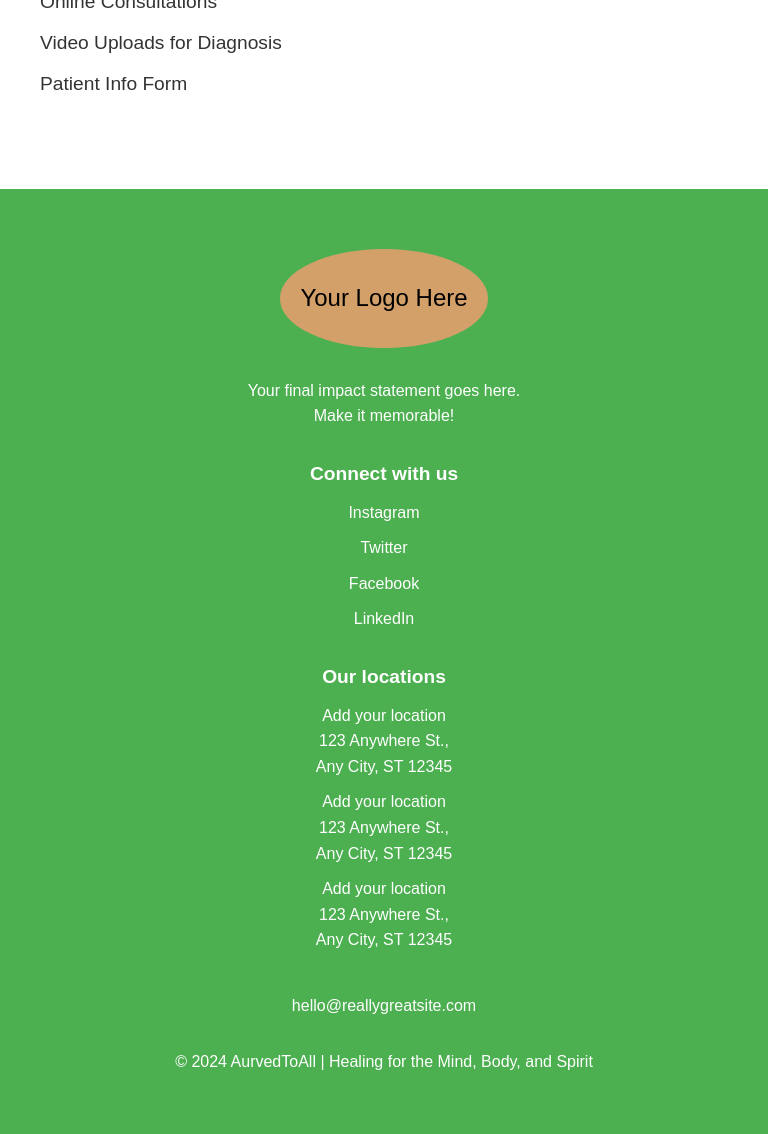
Repository: user07om/AyurvedClinicApp
Page: http://localhost/
An editor plug-in stored every save of this project. The page is shown before and after the next save, followed by the edit.
The browser window is 768 px wide. The pictures show the part of the page from y = 1144 to 2684 px (the page is 2278 px tall before and 2684 px after).
The page is served by the project's application, run on Flask 3 (app.py).

Above is the page before, as saved 2024-10-05 17:37:49.

### AurvedWeb/templates/index.html
<!DOCTYPE html>
<html lang="en">
<head>
    <meta charset="UTF-8">
    <meta name="viewport" content="width=device-width, initial-scale=1.0">
    <title>AurvedToAll</title>
    <link rel="stylesheet" href="{{ url_for('static', filename='styles.css') }}">
</head>
<body>
    <!-- Header Section -->
    <header>
        <div class="container">
            <h1>AurvedToAll</h1>
            <nav>
                <ul>
                    <li><a href="/">Home</a></li>
                    <li><a href="/upload">Upload Videos</a></li>
                    <li><a href="/consultation">Consultation</a></li>
                    <li><a href="/patient_info">Patient Info</a></li>
                </ul>
            </nav>
        </div>
    </header>

    <!-- Hero Section -->
    <section class="hero">
        <video autoplay muted loop>
            <source src="{{ url_for('static', filename='sample_video.mp4') }}" type="video/mp4">
            Your browser does not support the video tag.
        </video>
        <div class="hero-content">
            <h2>Experience the Healing Power of Ayurveda</h2>
            <p>Holistic care for your mind, body, and spirit.</p>
        </div>
    </section>

    <!-- Main Content -->
    <main>
        <section class="intro">
            <div class="container">
                <h2>Welcome to AurvedToAll</h2>
                <p>At our clinic, we are dedicated to restoring harmony and balance to your mind, body, and spirit through the time-honored practices of Ayurveda. Discover the transformative power of Ayurveda with us.</p>
            </div>
        </section>

        <section class="features">
            <div class="container">
                <h2>Our Key Services</h2>
                <ul>
                    <li>Personalized Ayurvedic Consultations</li>
                    <li>Online Consultations</li>
                    <li>Video Uploads for Diagnosis</li>
                    <li>Patient Info Form</li>
                </ul>
            </div>
        </section>
    </main>

    <!-- Footer Section -->
    <footer>
        <div class="container">
            <div class="footer-content">
                <div class="footer-column">
                    <div class="logo-placeholder">
                        <p>Your Logo Here</p>
                    </div>
                </div>
                <div class="footer-column">
                    <p>Your final impact statement goes here.<br>Make it memorable!</p>
                </div>
                <div class="footer-column">
                    <h3>Connect with us</h3>
                    <ul class="social-links">
                        <li><a href="#">Instagram</a></li>
                        <li><a href="#">Twitter</a></li>
                        <li><a href="#">Facebook</a></li>
                        <li><a href="#">LinkedIn</a></li>
                    </ul>
                </div>
                <div class="footer-column">
                    <h3>Our locations</h3>
                    <p>Add your location<br>123 Anywhere St.,<br>Any City, ST 12345</p>
                    <p>Add your location<br>123 Anywhere St.,<br>Any City, ST 12345</p>
                    <p>Add your location<br>123 Anywhere St.,<br>Any City, ST 12345</p>
                </div>
                <div class="footer-column">
                    <p>hello@reallygreatsite.com</p>
                </div>
            </div>
            <p>&copy; 2024 AurvedToAll | Healing for the Mind, Body, and Spirit</p>
        </div>
    </footer>
</body>
</html>

### AurvedWeb/app.py
from flask import Flask, render_template, request, redirect, url_for, flash
import os

app = Flask(__name__)
app.secret_key = 'your_secret_key'  # Change this to a random secret key
app.config['UPLOAD_FOLDER'] = 'uploads'
app.config['MAX_CONTENT_LENGTH'] = 16 * 1024 * 1024  # Limit upload size to 16 MB

# Define allowed extensions for video and file uploads
ALLOWED_EXTENSIONS = {'mp4'}

def allowed_file(filename):
    return '.' in filename and filename.rsplit('.', 1)[1].lower() in ALLOWED_EXTENSIONS

@app.route('/')
def home():
    return render_template('index.html')

@app.route('/upload', methods=['GET', 'POST'])
def upload():
    if request.method == 'POST':
        if 'files[]' not in request.files:
            flash('No file part')
            return redirect(request.url)

        files = request.files.getlist('files[]')
        for file in files:
            if file and allowed_file(file.filename):
                filename = secure_filename(file.filename)
                file.save(os.path.join(app.config['UPLOAD_FOLDER'], filename))

        flash('Videos uploaded successfully!')
        return redirect(url_for('upload'))

    return render_template('upload.html')

@app.route('/consultation', methods=['GET', 'POST'])
def consultation():
    if request.method == 'POST':
        # Here, you would typically save the consultation request to a database
        flash('Consultation booked successfully!')
        return redirect(url_for('consultation'))

    return render_template('consultation.html')

@app.route('/patient_info', methods=['GET', 'POST'])
def patient_info():
    if request.method == 'POST':
        # Here, you would typically save patient information to a database
        flash('Patient information submitted successfully!')
        return redirect(url_for('patient_info'))

    return render_template('patient_info.html')

if __name__ == '__main__':
    app.run(debug=True)

### AurvedWeb/static/styles.css
* {
    margin: 0;
    padding: 0;
    box-sizing: border-box;
}

body {
    font-family: Arial, sans-serif;
    line-height: 1.6;
    color: #333;
}

header {
    background: #4CAF50;
    color: white;
    padding: 20px 0;
    text-align: center;
}

header .container {
    display: flex;
    justify-content: space-between;
    align-items: center;
}

header h1 {
    margin: 0;
}

nav ul {
    list-style: none;
    display: flex;
    gap: 20px;
}

nav a {
    color: white;
    text-decoration: none;
    font-weight: bold;
}

nav a:hover {
    text-decoration: underline;
}

/* Hero Section */
.hero {
    position: relative;
    height: 80vh;
    overflow: hidden;
}

.hero video {
    position: absolute;
    top: 0;
    left: 0;
    width: 100%;
    height: 100%;
    object-fit: cover;
}

.hero-content {
    position: relative;
    z-index: 2;
    color: white;
    text-align: center;
    top: 50%;
    transform: translateY(-50%);
}

.hero-content h2 {
    font-size: 3em;
    margin-bottom: 10px;
}

.hero-content p {
    font-size: 1.5em;
}

/* Main Content */
main {
    padding: 20px;
}

.intro, .features {
    margin-bottom: 40px;
}

.container {
    max-width: 1100px;
    margin: 0 auto;
    padding: 20px;
}

.intro h2, .features h2 {
    margin-bottom: 10px;
}

.features ul {
    list-style: none;
}

.features ul li {
    margin-bottom: 10px;
    font-size: 1.2em;
}

/* Footer */
footer {
    background: #4CAF50;
    color: white;
    padding: 10px 0;
    text-align: center;
    position: relative;
    bottom: 0;
    width: 100%;
}

footer p {
    margin: 0;
}

/* Media Queries */
@media (max-width: 768px) {
    header .container {
        flex-direction: column;
    }

    .hero-content h2 {
        font-size: 2em;
    }

    .hero-content p {
        font-size: 1.2em;
    }
}

/* Footer */
footer {
    background: #4CAF50;
    color: white;
    padding: 40px 0;
    text-align: center;
}

.footer-content {
    display: flex;
    justify-content: space-between;
    flex-wrap: wrap;
    gap: 20px;
}

.footer-column {
    flex: 1;
    text-align: left;
}

.footer-column h3 {
    margin-bottom: 10px;
    font-size: 1.2em;
    font-weight: bold;
}

.logo-placeholder {
    background-color: #d4a06a;
    color: black;
    padding: 20px;
    text-align: center;
    border-radius: 50%;
    font-size: 1.5em;
}

.social-links {
    list-style: none;
    padding: 0;
}

.social-links li {
    margin-bottom: 10px;
}

.social-links li a {
    color: white;
    text-decoration: none;
}

.footer-column p {
    margin: 10px 0;
}

footer p {
    margin: 20px 0 0;
}

/* Responsive footer layout */
@media (max-width: 768px) {
    .footer-content {
        flex-direction: column;
        align-items: center;
    }

    .footer-column {
        text-align: center;
    }
}

After the next save:
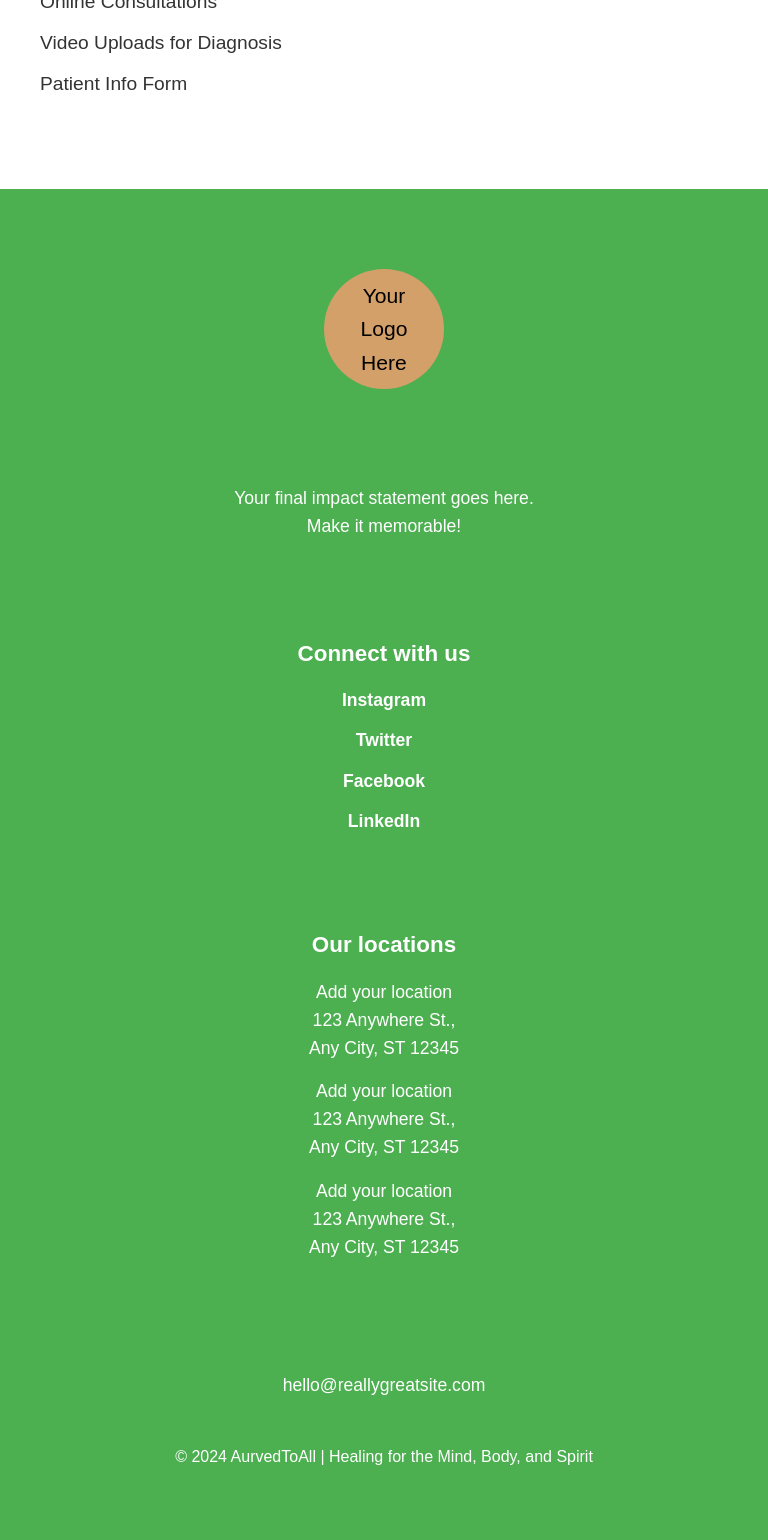
Saved 72 s later.
--- a/AurvedWeb/static/styles.css
+++ b/AurvedWeb/static/styles.css
@@ -106,40 +106,11 @@
 }
 
 /* Footer */
-footer {
-    background: #4CAF50;
-    color: white;
-    padding: 10px 0;
-    text-align: center;
-    position: relative;
-    bottom: 0;
-    width: 100%;
-}
-
-footer p {
-    margin: 0;
-}
-
-/* Media Queries */
-@media (max-width: 768px) {
-    header .container {
-        flex-direction: column;
-    }
-
-    .hero-content h2 {
-        font-size: 2em;
-    }
-
-    .hero-content p {
-        font-size: 1.2em;
-    }
-}
-
 /* Footer */
 footer {
     background: #4CAF50;
     color: white;
-    padding: 40px 0;
+    padding: 50px 20px;
     text-align: center;
 }
 
@@ -147,27 +118,42 @@
     display: flex;
     justify-content: space-between;
     flex-wrap: wrap;
-    gap: 20px;
+    gap: 40px;
+    max-width: 1100px;
+    margin: 0 auto;
 }
 
 .footer-column {
     flex: 1;
+    min-width: 200px;
     text-align: left;
+    padding: 10px;
 }
 
 .footer-column h3 {
-    margin-bottom: 10px;
-    font-size: 1.2em;
+    margin-bottom: 15px;
+    font-size: 1.4em;
     font-weight: bold;
 }
 
 .logo-placeholder {
     background-color: #d4a06a;
     color: black;
-    padding: 20px;
+    padding: 50px;
     text-align: center;
     border-radius: 50%;
     font-size: 1.5em;
+    width: 150px;
+    height: 150px;
+    display: flex;
+    align-items: center;
+    justify-content: center;
+    margin: 0 auto;
+}
+
+.footer-column p {
+    margin: 15px 0;
+    font-size: 1.1em;
 }
 
 .social-links {
@@ -176,20 +162,34 @@
 }
 
 .social-links li {
-    margin-bottom: 10px;
+    margin-bottom: 12px;
 }
 
 .social-links li a {
     color: white;
     text-decoration: none;
-}
-
-.footer-column p {
-    margin: 10px 0;
-}
-
-footer p {
-    margin: 20px 0 0;
+    font-size: 1.1em;
+    font-weight: bold;
+}
+
+.social-links li a:hover {
+    color: #d4a06a;
+    text-decoration: underline;
+}
+
+.footer-column p.email {
+    font-size: 1.2em;
+    font-weight: bold;
+    margin-top: 25px;
+}
+
+.footer-column.locations p {
+    margin-bottom: 20px;
+}
+
+footer p.copyright {
+    margin-top: 40px;
+    font-size: 1.1em;
 }
 
 /* Responsive footer layout */
@@ -201,5 +201,33 @@
 
     .footer-column {
         text-align: center;
-    }
-}
+        margin-bottom: 20px;
+    }
+
+    .footer-column.locations p {
+        margin-bottom: 15px;
+    }
+
+    .logo-placeholder {
+        width: 120px;
+        height: 120px;
+        padding: 40px;
+        font-size: 1.2em;
+    }
+}
+
+
+/* Media Queries */
+@media (max-width: 768px) {
+    header .container {
+        flex-direction: column;
+    }
+
+    .hero-content h2 {
+        font-size: 2em;
+    }
+
+    .hero-content p {
+        font-size: 1.2em;
+    }
+}
